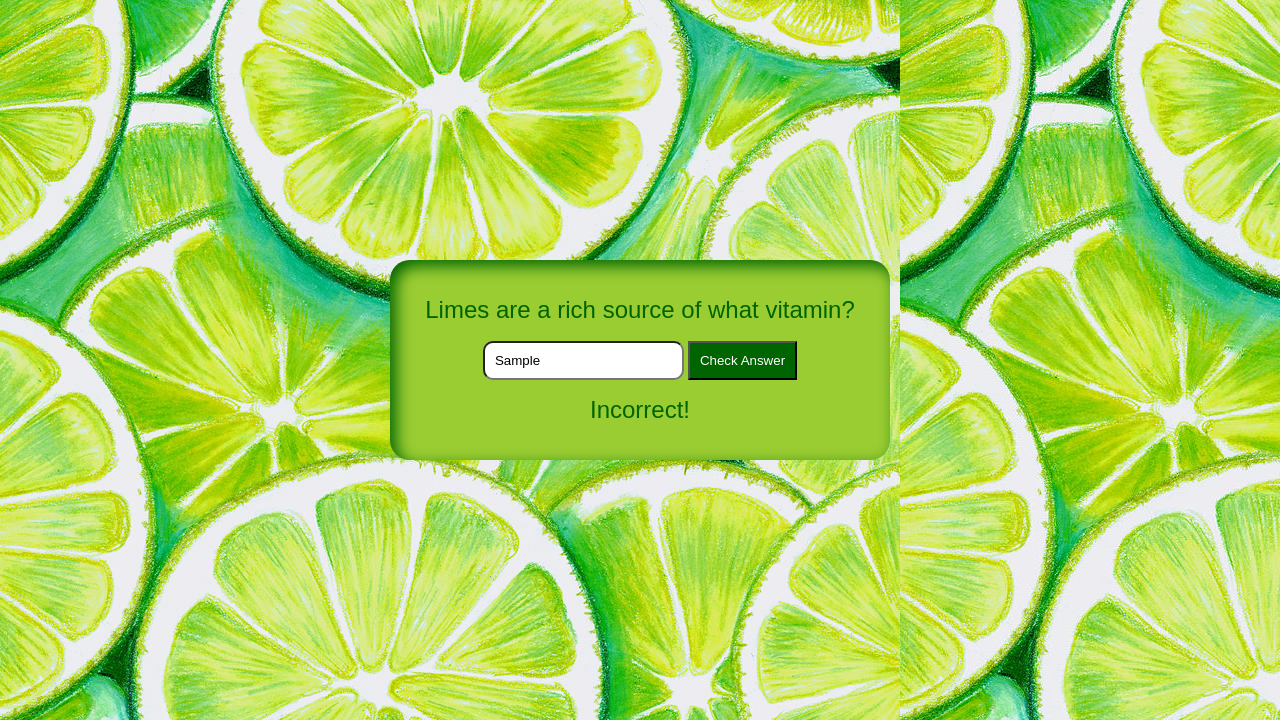
Repository: Joseph061200/Dynamic_Lab2
Page: joseph.html
These files come from the project's save history. The page is drawn as it stood at one moment and after the next save; the edit follows.
The browser window is 1280 px wide. The pictures show the whole page.
Empty fields were first filled with sample values (such as "Sample", 5 or name@example.com).
After loading, the first visible `button` was clicked once.

Above is the page before, as saved 2020-02-20 15:19:50.

After the next save:
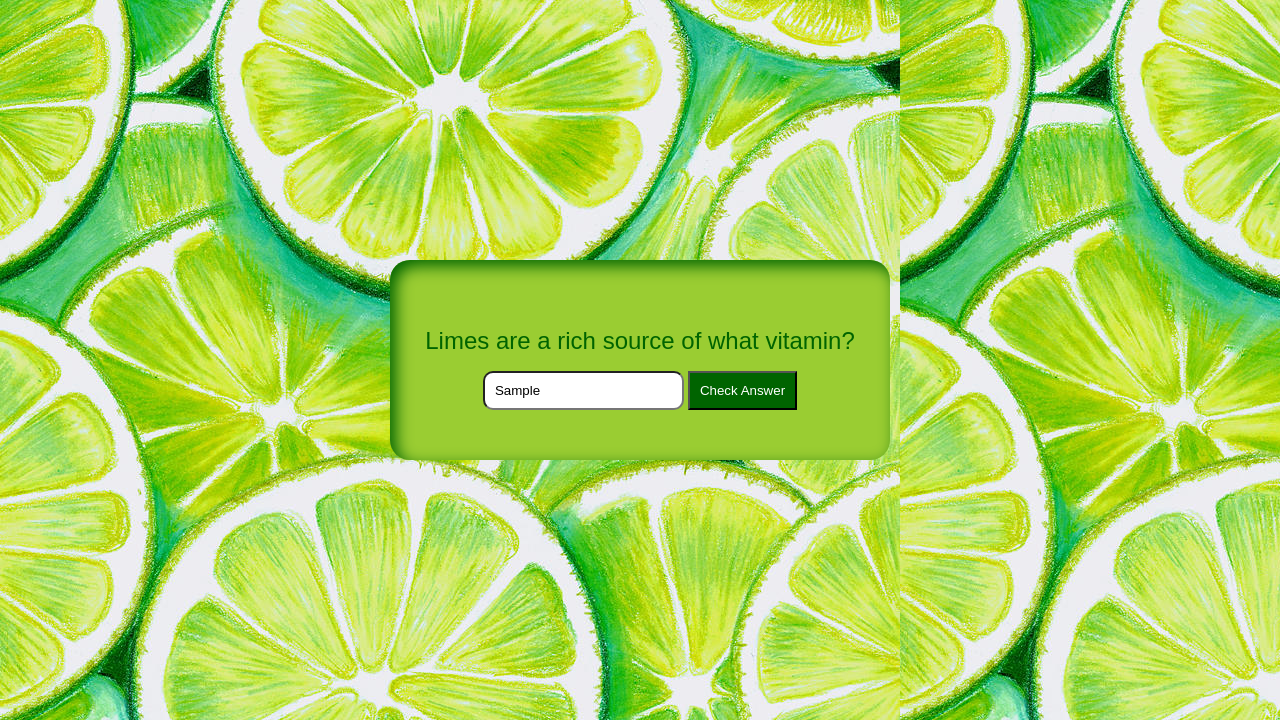
Console error: SyntaxError: Invalid or unexpected token
Saved 81 s later.
--- a/joseph.js
+++ b/joseph.js
@@ -20,6 +20,9 @@
         // alert("Correct!");
         document.querySelector("#h_r").innerHTML = "<h1>Correct!<h1/>";
 
+        qnum++;
+        document.querySelector(".h1").innerHTML = "Oranges originated in which country?
+
         // if (qnum === 1){
         //     qnum++;
         //     document.querySelector("h1").innerHTML = "Oranges originated in which country?";

After the save that followed:
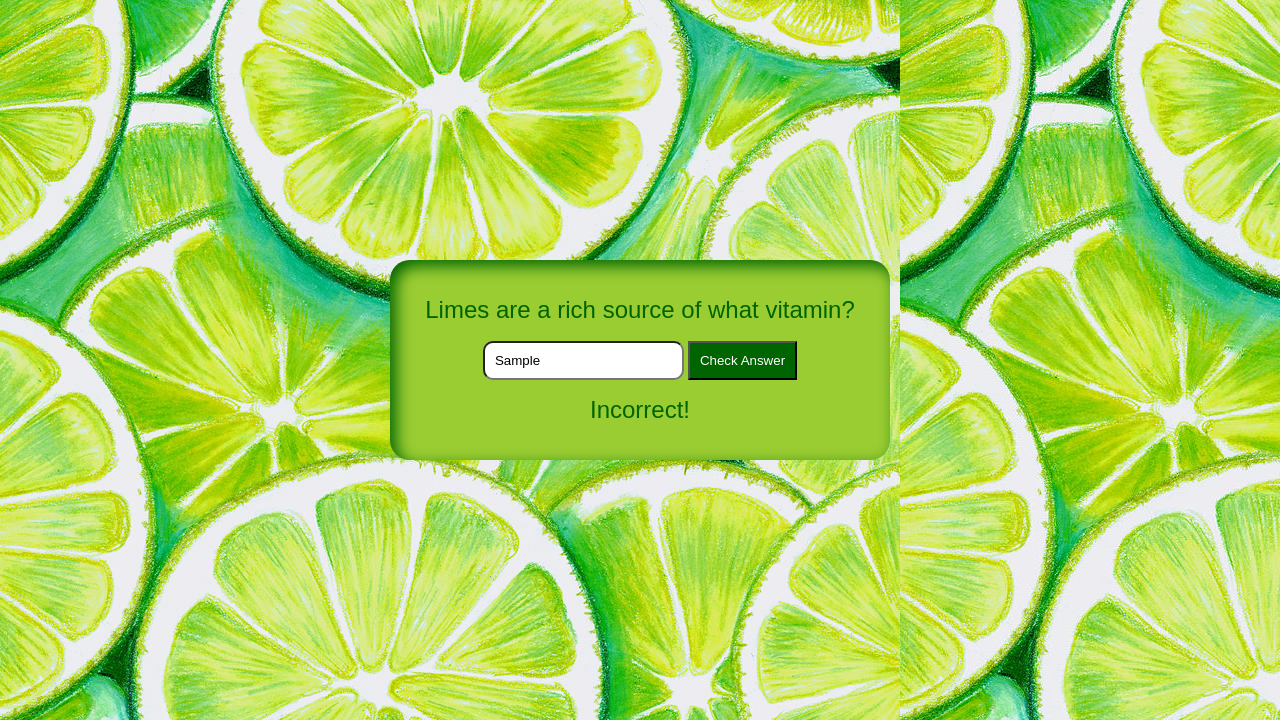
The error is gone.
Saved 4 s later.
--- a/joseph.js
+++ b/joseph.js
@@ -21,7 +21,7 @@
         document.querySelector("#h_r").innerHTML = "<h1>Correct!<h1/>";
 
         qnum++;
-        document.querySelector(".h1").innerHTML = "Oranges originated in which country?
+        document.querySelector(".h1").innerHTML = "Oranges originated in which country?";
 
         // if (qnum === 1){
         //     qnum++;
